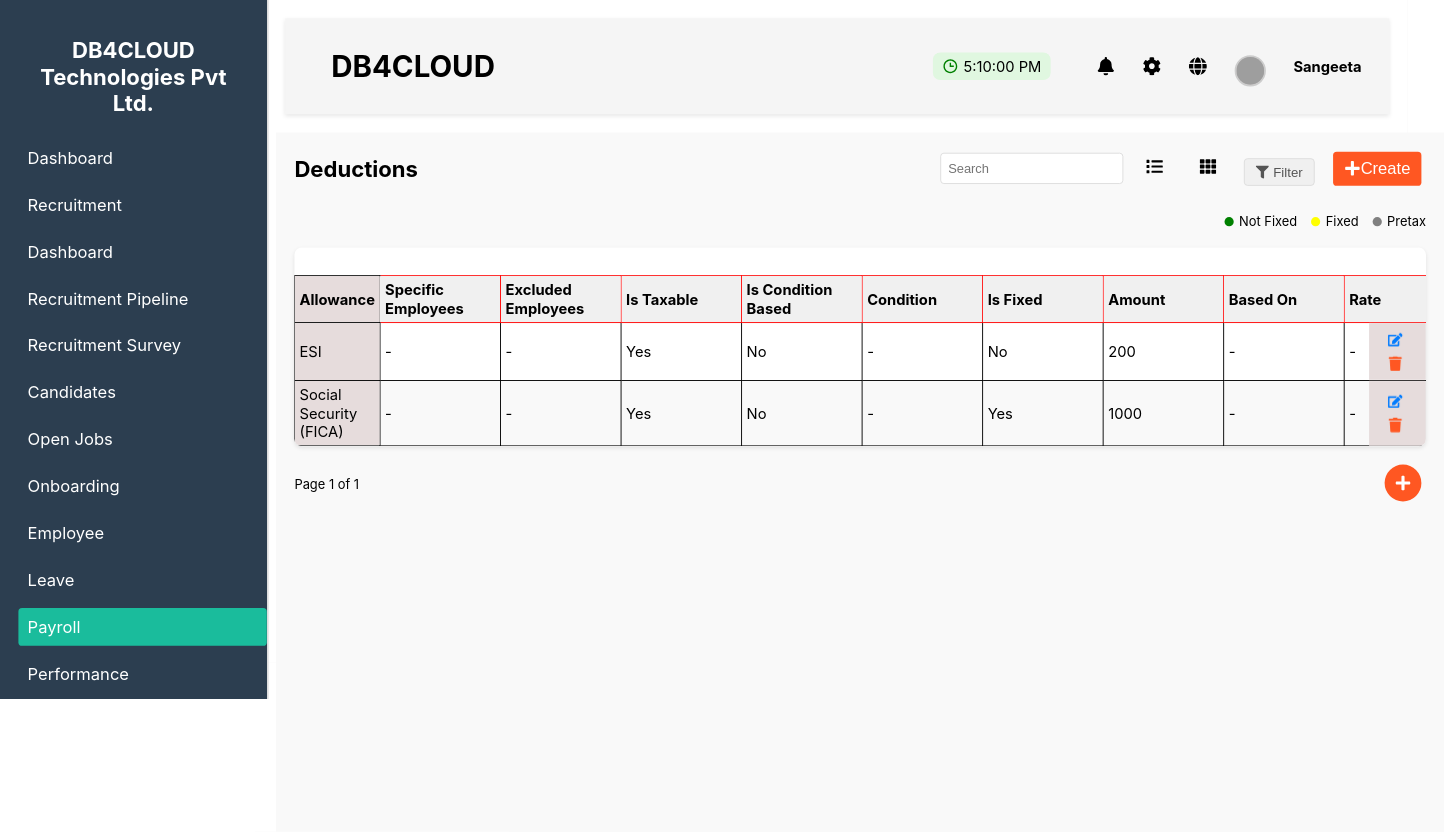
Repository: tinu-ns/Dev-code
Page: /payroll/deductions (app in HRMS-DEMO-Sang/hrms/), after clicking the first element matching `button.view-toggle`
An editor plug-in stored every save of this project. The page is shown before and after the next save, followed by the edit.
The browser window is 1280 px wide. The page is 1570 px wide, so the pictures cover 1570 px, including what lies to the right of the window. The pictures show the whole page, at 92% of full size.
Pictures or frames that could not be fetched are drawn as grey boxes. The project was rebuilt for these pictures with package versions that can differ from the ones it lists, and the page was loaded fresh each time. Also part of the build but not shown: HRMS-DEMO-Sang/hrms/src/components/Dashboard.js, HRMS-DEMO-Sang/hrms/src/components/Recruitment/RecruitmentDashboard.js, HRMS-DEMO-Sang/hrms/src/components/Recruitment/RecruitmentPipeline.js, HRMS-DEMO-Sang/hrms/src/components/Payroll/Allowances.js, HRMS-DEMO-Sang/hrms/src/components/Payroll/Contract.js, HRMS-DEMO-Sang/hrms/src/components/Payroll/Payslips.js, HRMS-DEMO-Sang/hrms/src/components/Payroll/PayrollDashboard.js, HRMS-DEMO-Sang/hrms/src/components/MainContent.css and 4 more.

Above is the page before, as saved 2024-11-11 15:06:38.

After the next save:
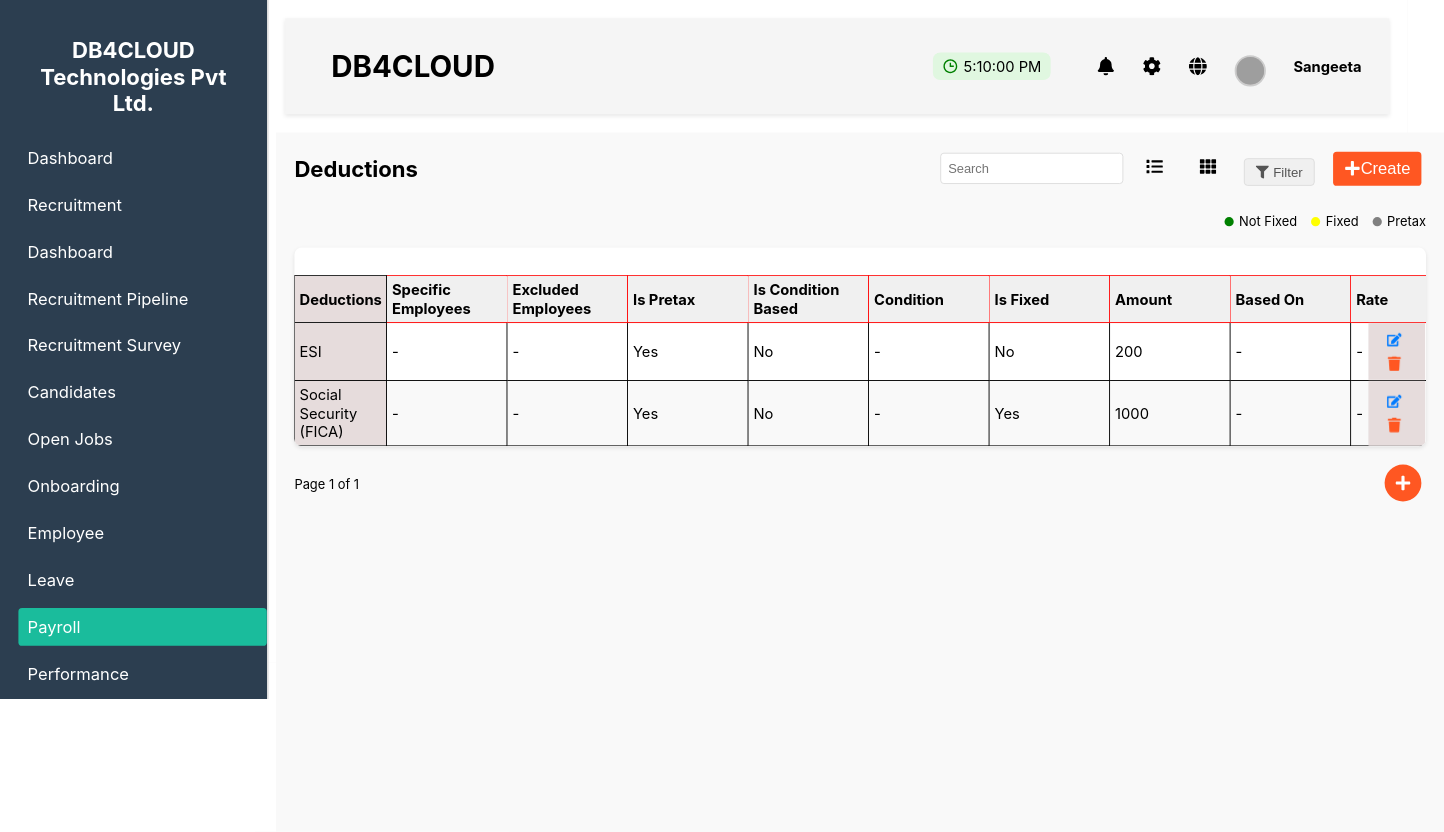
Saved 3 min 29 s later.
--- a/HRMS-DEMO-Sang/hrms/src/components/Payroll/Deductions.js
+++ b/HRMS-DEMO-Sang/hrms/src/components/Payroll/Deductions.js
@@ -264,10 +264,10 @@ const Deductions = () => {
           <table>
             <thead>
               <tr>
-              <th className="sticky-column">Allowance</th>
+              <th className="sticky-column">Deductions</th>
                   <th className="scrollable-column">Specific Employees</th>
                   <th className="scrollable-column">Excluded Employees</th>
-                  <th className="scrollable-column">Is Taxable</th>
+                  <th className="scrollable-column">Is Pretax</th>
                   <th className="scrollable-column">Is Condition Based</th>
                   <th className="scrollable-column">Condition</th>
                   <th className="scrollable-column">Is Fixed</th>
@@ -278,28 +278,28 @@ const Deductions = () => {
               </tr>
             </thead>
             <tbody>
-              {filteredData.map((allowance) => (
-                <tr key={allowance.id}>
-                  <td className="sticky-column">{allowance.name}</td>
-                  <td>-</td>
-                  <td>-</td>
-                  <td>{allowance.taxable}</td>
+              {filteredData.map((deduction) => (
+                <tr key={deduction.id}>
+                  <td className="sticky-column">{deduction.name}</td>
+                  <td>-</td>
+                  <td>-</td>
+                  <td>{deduction.taxable}</td>
                   <td>No</td>
                   <td>-</td>
-                  <td>{allowance.fixed ? "Yes" : "No"}</td>
-                  <td>{allowance.amount}</td>
+                  <td>{deduction.fixed ? "Yes" : "No"}</td>
+                  <td>{deduction.amount}</td>
                   <td>-</td>
                   <td>-</td>
                   <td className="sticky-column">
                     <button
                       className="edit-btn"
-                      onClick={() => handleEdit(allowance.id)}
+                      onClick={() => handleEdit(deduction.id)}
                     >
                       <FaEdit />
                     </button>
                     <button
                       className="delete-btn"
-                      onClick={() => handleDelete(allowance.id)}
+                      onClick={() => handleDelete(deduction.id)}
                     >
                       <FaTrash />
                     </button>
